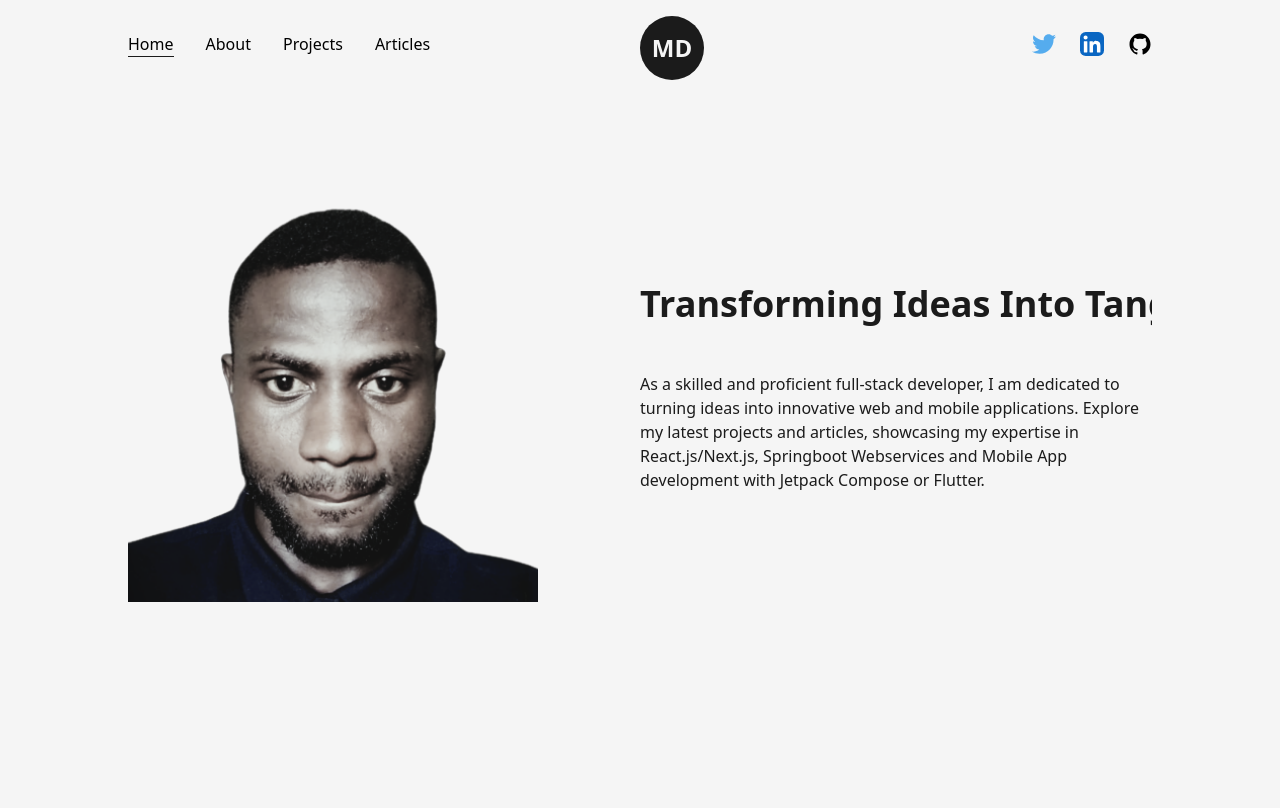
Repository: marcusdashe/situs
Page: /
An editor plug-in stored every save of this project. The page is shown before and after the next save, followed by the edit.
The browser window is 1280 px wide. The pictures show the whole page.
The project was rebuilt for these pictures with package versions that can differ from the ones it lists, and the page was loaded fresh each time. The framework's server and built-in components were replaced by stand-ins that run in the browser.

Above is the page before, as saved 2023-06-15 17:51:38.

After the next save:
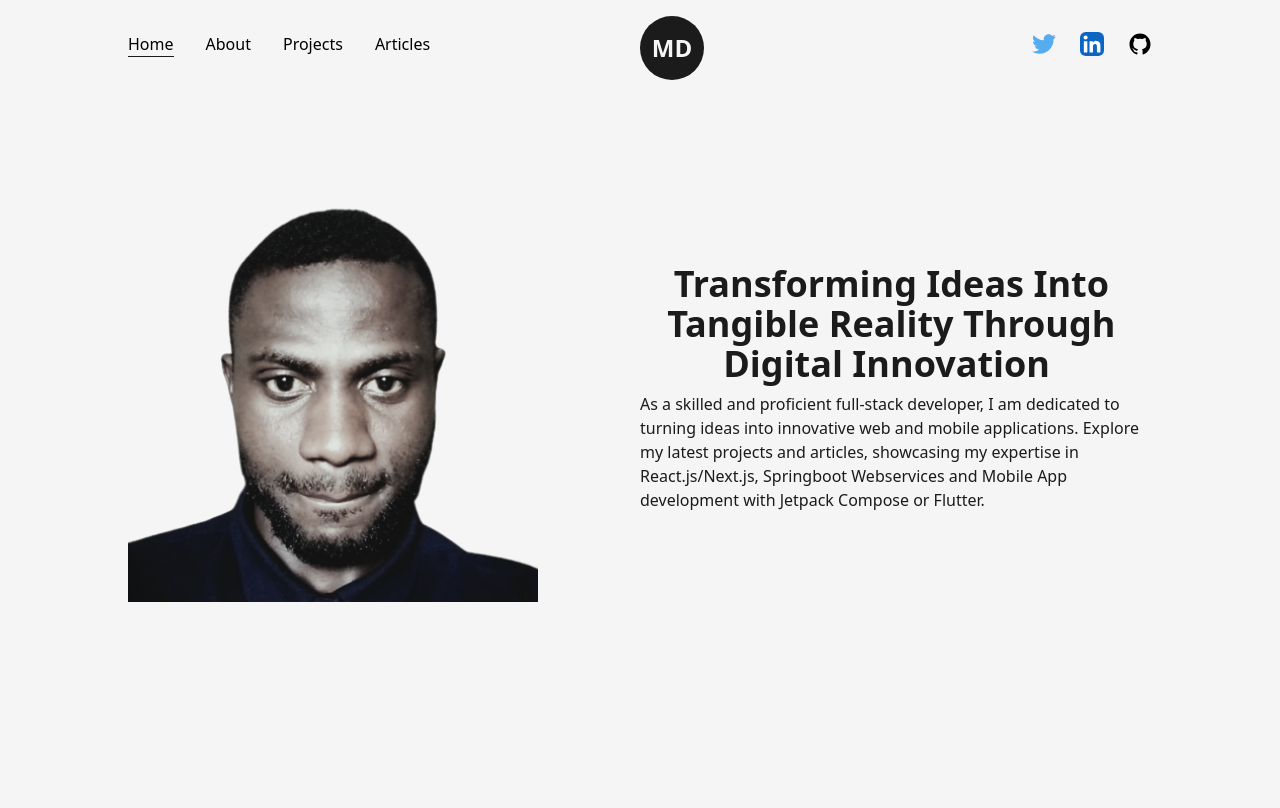
Saved 92 s later.
--- a/src/components/AnimatedText.jsx
+++ b/src/components/AnimatedText.jsx
@@ -7,7 +7,9 @@ const AnimatedText = ({ text, className = "" }) => {
         className={`inline-block w-full text-dark font-bold capitalize text-4xl ${className}`}
       >
         {text.split(" ").map((word, index) => (
-          <span key={index}>{word}&nbsp;</span>
+          <span key={index} className="inline-block">
+            {word}&nbsp;
+          </span>
         ))}
       </h1>
     </div>
